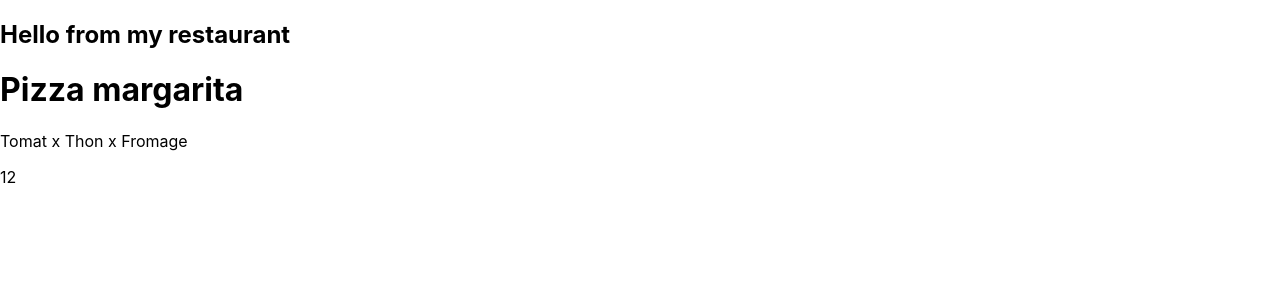
Repository: FS-23/my-restaurant
Page: /
These files come from the project's save history. The page is drawn as it stood at one moment and after the next save; the edit follows.
The browser window is 1280 px wide. The pictures show the whole page.
The project was rebuilt for these pictures with package versions that can differ from the ones it lists, and the page was loaded fresh each time.

Above is the page before, as saved 2022-04-29 13:28:12.

### src/App.js
import Menu from './components/Menu'
function App() {
  return (
    <div className="App">
        <h2>Hello from my restaurant</h2>
        <Menu />
    </div>
  );
}

export default App;

### src/components/Menu.js
import Plat from "./Plat"
function Menu(){
    return (
        <div>
            < Plat name="Pizza margarita" price="12" ingredient="Tomat x Thon x Fromage" />
        </div>
    )
}

export default Menu

### src/components/Plat.js

function Plat (props){
    return(
       <>
           <h1>{props.name} </h1>
           <p> {props.ingredient}</p>
           <div>
               {props.price}
           </div>
       </>
    )
}

export default Plat

Loaded but not shown: public/index.html (common file); src/index.js (common file); src/index.css (common file)

After the next save:
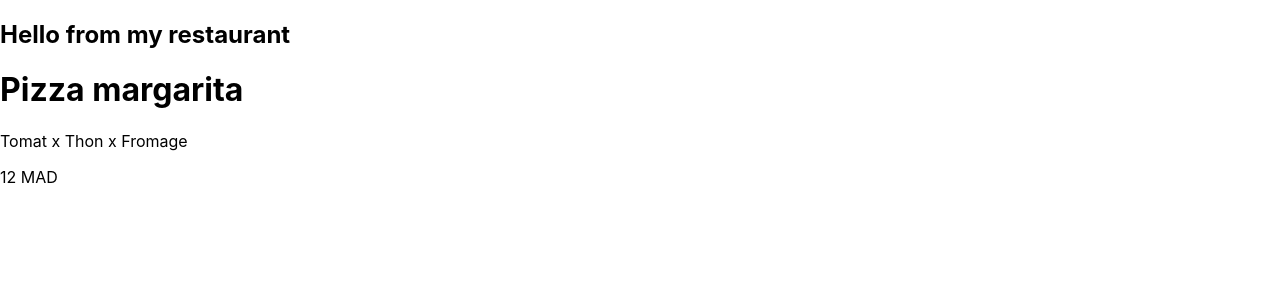
Saved 17 s later.
--- a/src/components/Plat.js
+++ b/src/components/Plat.js
@@ -5,7 +5,7 @@ function Plat (props){
            <h1>{props.name} </h1>
            <p> {props.ingredient}</p>
            <div>
-               {props.price}
+               {props.price} MAD
            </div>
        </>
     )
